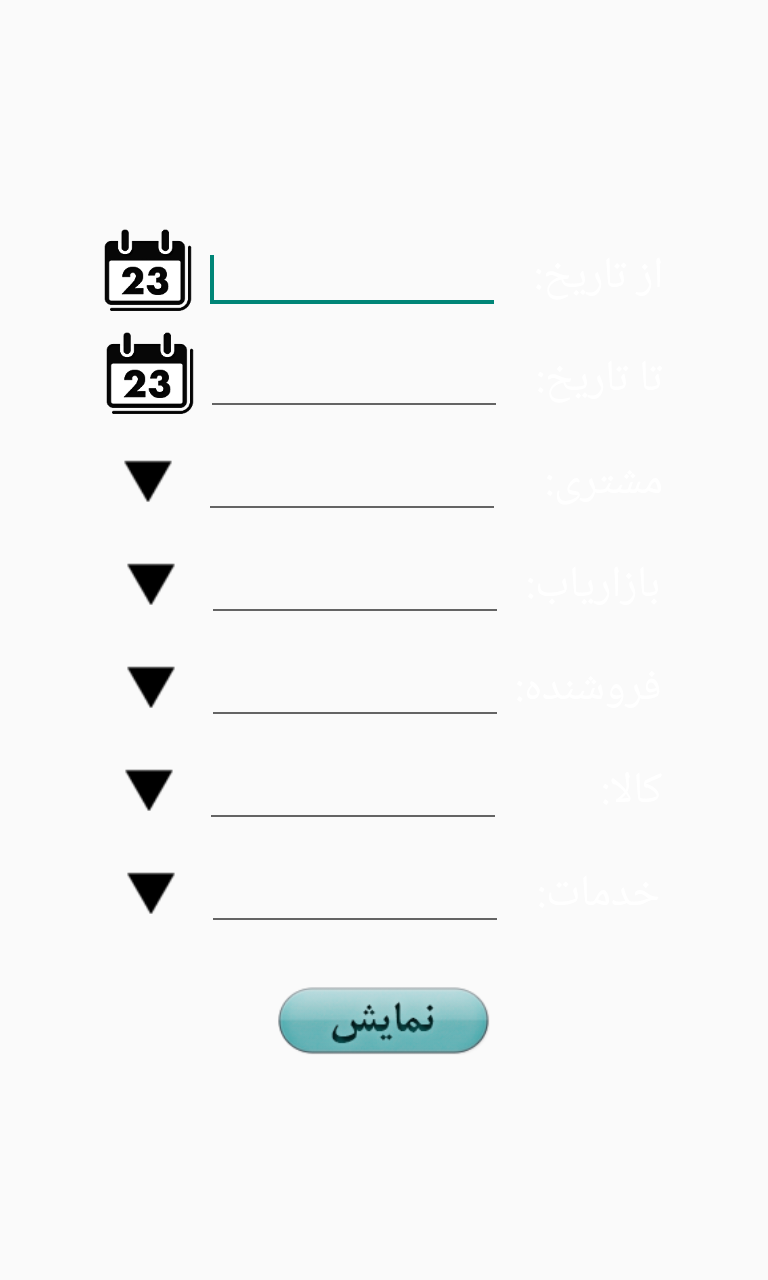
Repository: AtiehPardaz/Reports-Mobile
Layout: Reportsmobile/res/layout/frg_forosh_forokhte.xml
The author's editor kept a copy of each file at every save. The layout is drawn from the files as they stood at one save, then again after the next save.
It is drawn on a 768 x 1280 px phone screen (xhdpi) without system bars, with theme AppTheme; the app's code is not run.

Above is the layout before, as saved 2015-03-09 14:06:23.

After the next save:
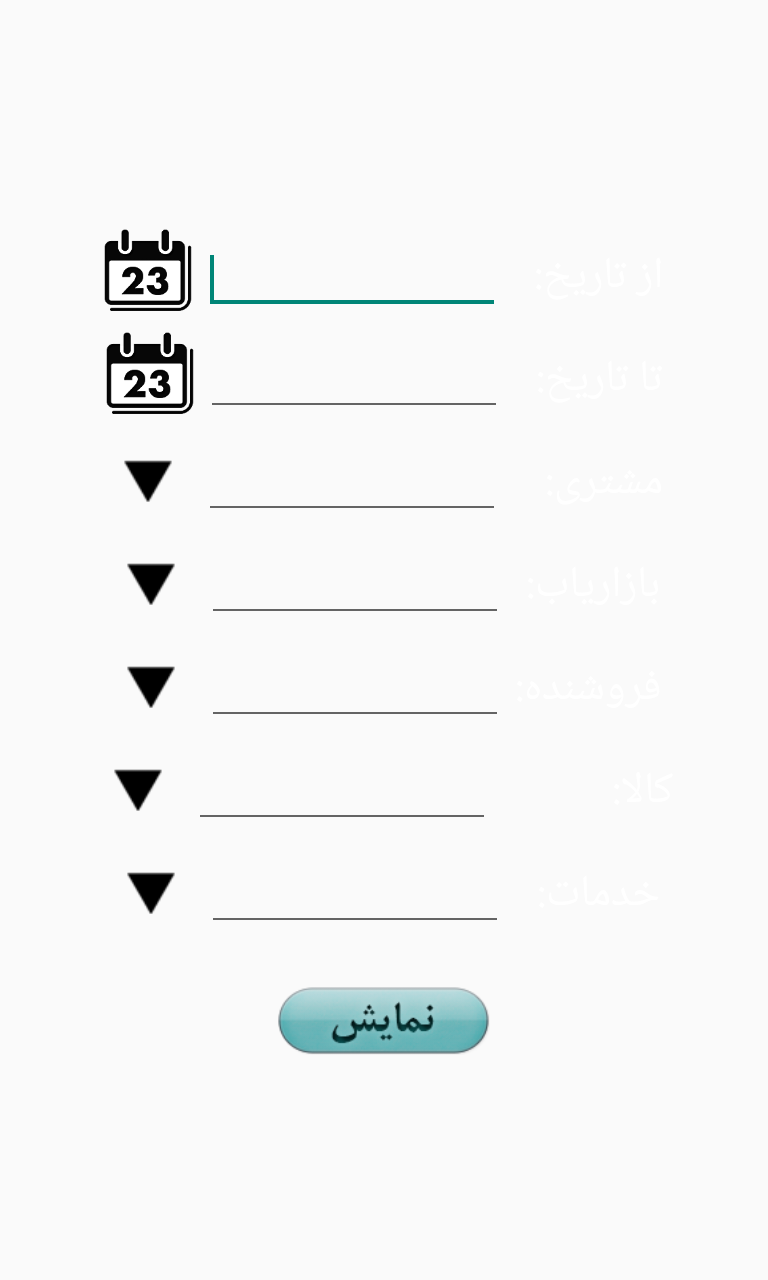
Saved 53 s later.
--- a/Reportsmobile/res/layout/frg_forosh_forokhte.xml
+++ b/Reportsmobile/res/layout/frg_forosh_forokhte.xml
@@ -188,7 +188,7 @@
                 android:layout_height="wrap_content"
                 android:layout_gravity="right|center"
                 android:gravity="right"
-                android:text="کالا:        "
+                android:text="کالا:          "
                 android:textAppearance="?android:attr/textAppearanceLarge"
                 android:textColor="#ffffff" />
 
